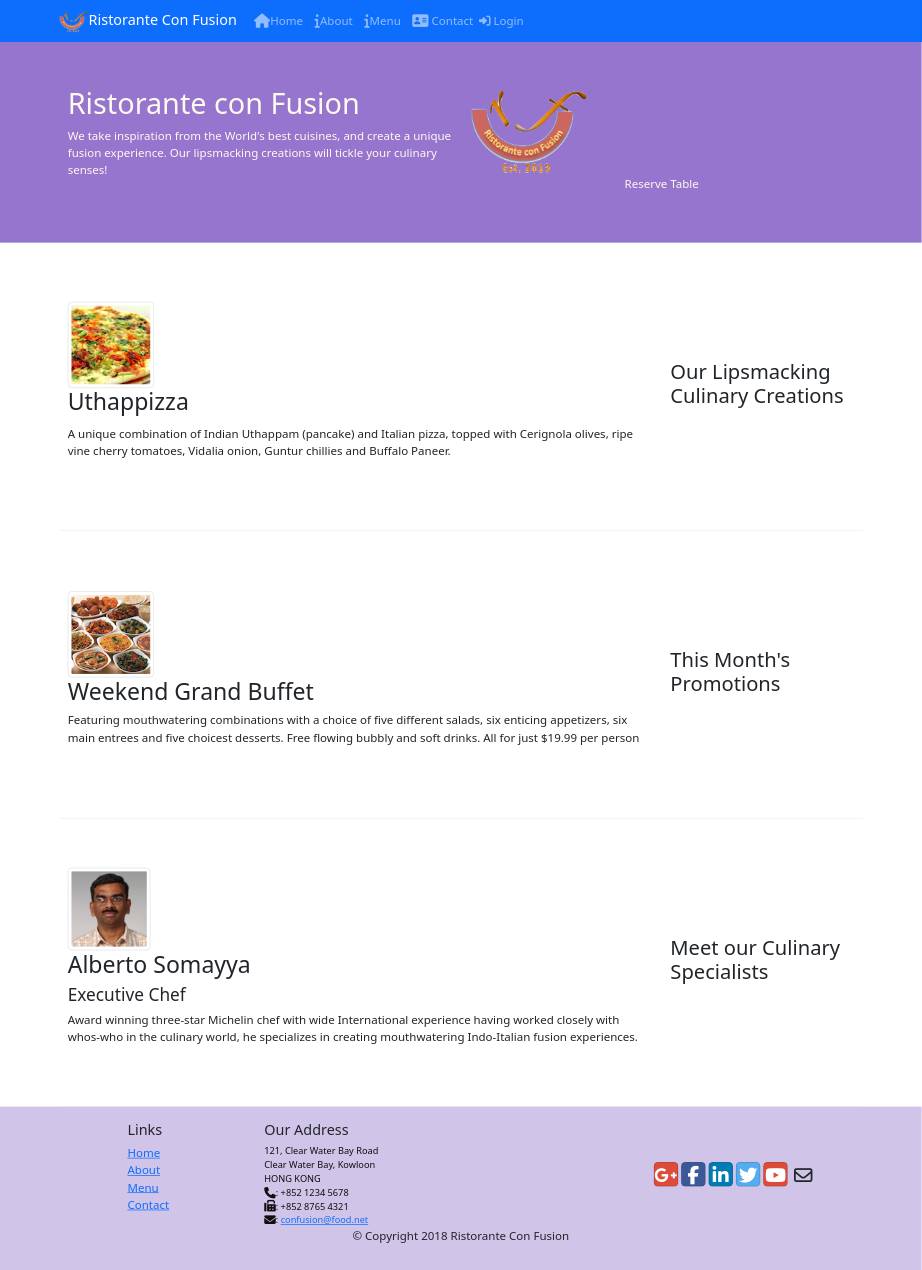
Repository: DungBuiTuan/FER201m
Page: index.html
These files come from the project's save history. The page is drawn as it stood at one moment and after the next save; the edit follows.
The browser window is 1280 px wide. The pictures show the whole page, at 72% of full size.
Some web libraries are served in a nearby version.

Above is the page before, as saved 2023-05-20 11:24:59.

### index.html
<!DOCTYPE html>
<html lang="en">
  <head>
    <meta charset="utf-8" />
    <meta
      name="viewport"
      content="width=device-width, initial-scale=1, shrink-to-fit=no"
    />
    <meta http-equiv="x-ua-compatible" content="ie=edge" />
    <!-- Bootstrap CSS -->
    <link
      rel="stylesheet"
      href="node_modules/bootstrap/dist/css/bootstrap.min.css"
    />
    <link rel="stylesheet" href="node_modules/font-awesome/css/font-awesome.min.css">
    <link rel="stylesheet" href="node_modules/bootstrap-social/bootstrap-social.css">
    <link href="css/styles.css" rel="stylesheet" />

    <title>Ristorante Con Fusion</title>
  </head>

  <body>
    <nav class="navbar navbar-dark navbar-expand-sm bg-primary fixed-top">
      <div class="container">
        <button
          class="navbar-toggler"
          type="button"
          data-toggle="collapse"
          data-target="#Navbar"
        >
          <span class="navbar-toggler-icon"></span>
        </button>

        <a class="navbar-brand mr-auto" href="#"><img src="img/img/logo.png" height="30" width="41">Ristorante Con Fusion</a>
        <div class="collapse navbar-collapse" id="Navbar">
            <ul class="navbar-nav mr-auto">
                <li class="nav-item active"><a class="nav-link" href="./index.html"><span class="fa fa-home fa-lg"></span>Home</a></li>
                <li class="nav-item">
                  <a class="nav-link" href="./aboutus.html"><span class="fa fa-info fa-lg"></span>About</a>
                </li>
                <li class="nav-item"><a class="nav-link" href="#"><span class="fa fa-info fa-lg"></span>Menu</a></li>
                <li class="nav-item"><a class="nav-link" href="contactus.html"><span class="fa fa-address-card fa-lg"></span> Contact</a></li>
              </ul>
              <span class="navbar-text">
                <a data-toggle="modal" data-target="#loginModal">
                <span class="fa fa-sign-in"></span> Login</a>
</span>

        </div>
      </div>
      <div id="loginModal" class="modal fade" role="dialog">
        <div class="modal-dialog modal-lg" role="content">
            <!-- Modal content-->
            <div class="modal-content">
                <div class="modal-header">
                    <h4 class="modal-title">Login </h4>
                    <button type="button" class="close" data-dismiss="modal">&times;</button>
                </div>
                <div class="modal-body">
                    <form>
                        <div class="form-row">
                            <div class="form-group col-sm-4">
                                    <label class="sr-only" for="exampleInputEmail3">Email address</label>
                                    <input type="email" class="form-control form-control-sm mr-1" id="exampleInputEmail3" placeholder="Enter email">
                            </div>
                            <div class="form-group col-sm-4">
                                <label class="sr-only" for="exampleInputPassword3">Password</label>
                                <input type="password" class="form-control form-control-sm mr-1" id="exampleInputPassword3" placeholder="Password">
                            </div>
                            <div class="col-sm-auto">
                                <div class="form-check">
                                    <input class="form-check-input" type="checkbox">
                                    <label class="form-check-label"> Remember me
                                    </label>
                                </div>
                            </div>
                        </div>
                        <div class="form-row">
                            <button type="button" class="btn btn-secondary btn-sm ml-auto" data-dismiss="modal">Cancel</button>
                            <button type="submit" class="btn btn-primary btn-sm ml-1">Sign in</button>
                        </div>
                    </form>
                </div>
            </div>
        </div>
</div>

    </nav>

    <header class="jumbotron">
      <div class="container">
        <div class="row row-header">
          <div class="col-12 col-sm-6">
            <h1>Ristorante con Fusion</h1>
            <p>
              We take inspiration from the World's best cuisines, and create a
              unique fusion experience. Our lipsmacking creations will tickle
              your culinary senses!
            </p>
          </div>
          <div class="col-12 col-sm align-self-center">
            <img src="img/img/logo.png" class="img-fluid">
            <a role="button" class="btn btn-block nav-link btn-warning"
                        data-toggle="tooltip" data-html="true"  title="Or Call us at  <br><strong>+852 12345678</strong>"
                        data-placement="bottom" href="#reserveform">Reserve Table</a>

        </div>
        </div>
      </div>
    </header>

    <div class="container">
      <div class="row row-content align-items-center">
        <div class="col col-sm col-md">
            <div class="media">
                <img class="d-flex mr-3 img-thumbnail align-self-center"
                        src="img/img/uthappizza.png" alt="Uthappizza">
                <div class="media-body">
                    <h2 class="mt-0"></span>Uthappizza<span class="badge badge-danger">HOT</span><span class="badge badge-pill badge-secondary">$4.99</span></h2>
                    <p class="d-none d-sm-block">A unique combination of Indian Uthappam (pancake) and
                        Italian pizza, topped with Cerignola olives, ripe vine
                        cherry tomatoes, Vidalia onion, Guntur chillies and
                        Buffalo Paneer.</p>
                </div>
            </div>

        </div>
        <div class="col-12 col-sm-4 col-md-3">
          <h3>Our Lipsmacking Culinary Creations</h3>
        </div>
      </div>

      <div class="row row-content align-items-center">
        <div class="col col-sm col-md">
          <div class="media">
            <img class="d-flex mr-3 img-thumbnail align-self-center"
                    src="img/img/buffet.png" alt="Alberto Somayya">
            <div class="media-body">
                <h2 class="mt-0">Weekend Grand Buffet</h2>
                <p class="d-none d-sm-block">Featuring mouthwatering combinations with a choice of five different
                    salads, six enticing appetizers, six main entrees and five choicest
                    desserts. Free flowing bubbly and soft drinks. All for just $19.99
                    per person
                    </p>
            </div>
        </div>
        </div>
        <div class="col-12 col-sm-4 col-md-3">
          <h3>This Month's Promotions</h3>
        </div>
      </div>

      <div class="row row-content align-items-center">
        <div class="col col-sm col-md">
            <div class="media">
                <img class="d-flex mr-3 img-thumbnail align-self-center"
                        src="img/img/alberto.png" alt="Alberto Somayya">
                <div class="media-body">
                    <h2 class="mt-0">Alberto Somayya</h2>
                    <h4>Executive Chef</h4>
                    <p class="d-none d-sm-block">Award winning three-star Michelin chef with wide
                        International experience having worked closely with
                        whos-who in the culinary world, he specializes in
                        creating mouthwatering Indo-Italian fusion experiences.
                        </p>
                </div>
            </div>

        </div>
        <div class="col-12 col-sm-4 col-md-3">
          <h3>Meet our Culinary Specialists</h3>
        </div>
      </div>
    </div>

    <footer class="footer">
      <div class="container">
        <div class="row">
          <div class="col-4 offset-1 col-sm-2">
            <h5>Links</h5>
            <ul class="list-unstyled">
              <li><a href="#">Home</a></li>
              <li><a href="#">About</a></li>
              <li><a href="#">Menu</a></li>
              <li><a href="#">Contact</a></li>
            </ul>
          </div>
          <div class="col-7 col-sm-5">
            <h5>Our Address</h5>
            <address>
              121, Clear Water Bay Road<br />
              Clear Water Bay, Kowloon<br />
              HONG KONG<br />
              <i class="fa fa-phone fa-lg"></i>: +852 1234 5678<br />
              <i class="fa fa-fax fa-lg"></i>: +852 8765 4321<br />
              <i class="fa fa-envelope fa-lg"></i>:
              <a href="mailto:confusion@food.net">confusion@food.net</a>
            </address>
          </div>
          <div class="col-12 col-sm-4 align-self-center">
            <div class="text-center">
              <a
                class="btn btn-social-icon btn-google"
                href="http://google.com/+"
                ><i class="fa fa-google-plus"></i
              ></a>
              <a
                class="btn btn-social-icon btn-facebook"
                href="http://www.facebook.com/profile.php?id="
                ><i class="fa fa-facebook"></i
              ></a>
              <a
                class="btn btn-social-icon btn-linkedin"
                href="http://www.linkedin.com/in/"
                ><i class="fa fa-linkedin"></i
              ></a>
              <a
                class="btn btn-social-icon btn-twitter"
                href="http://twitter.com/"
                ><i class="fa fa-twitter"></i
              ></a>
              <a
                class="btn btn-social-icon btn-google"
                href="http://youtube.com/"
                ><i class="fa fa-youtube"></i
              ></a>
              <a class="btn btn-social-icon" href="mailto:"
                ><i class="fa fa-envelope-o"></i
              ></a>
            </div>
          </div>
        </div>
        <div class="row justify-content-center">
          <div class="col-auto">
            <p>© Copyright 2018 Ristorante Con Fusion</p>
          </div>
        </div>
      </div>
    </footer>
    <!-- jQuery first, then Popper.js, then Bootstrap JS. -->
    <script src="node_modules/jquery/dist/jquery.slim.min.js"></script>
    <script src="node_modules/popper.js/dist/umd/popper.min.js"></script>
    <script src="node_modules/bootstrap/dist/js/bootstrap.min.js"></script>
    <script>
      $(document).ready(function(){
          $('[data-toggle="tooltip"]').tooltip();
      });
</script>

  </body>
</html>

### css/styles.css
body{
    padding:50px 0px 0px 0px;
    z-index:0;
}

.navbar-dark {
     background-color: #512DA8;
}

.row-header{
    margin:0px auto;
    padding:0px;
}

.row-content {
    margin:0px auto;
    padding: 50px 0px 50px 0px;
    border-bottom: 1px ridge;
    min-height:400px;
}

.footer{
    background-color: #D1C4E9;
    margin:0px auto;
    padding: 20px 0px 20px 0px;
}

.jumbotron {
    padding:70px 30px 70px 30px;
    margin:0px auto;
    background: #9575CD ;
    color:floralwhite;
}

address{
    font-size:80%;
    margin:0px;
    color:#0f0f0f;
}

.tab-content {
    border-left: 1px solid #ddd;
    border-right: 1px solid #ddd;
    border-bottom: 1px solid #ddd;
    padding: 10px;
}

Loaded but not shown: LAB1/bootstrap-social.css (library)

After the next save:
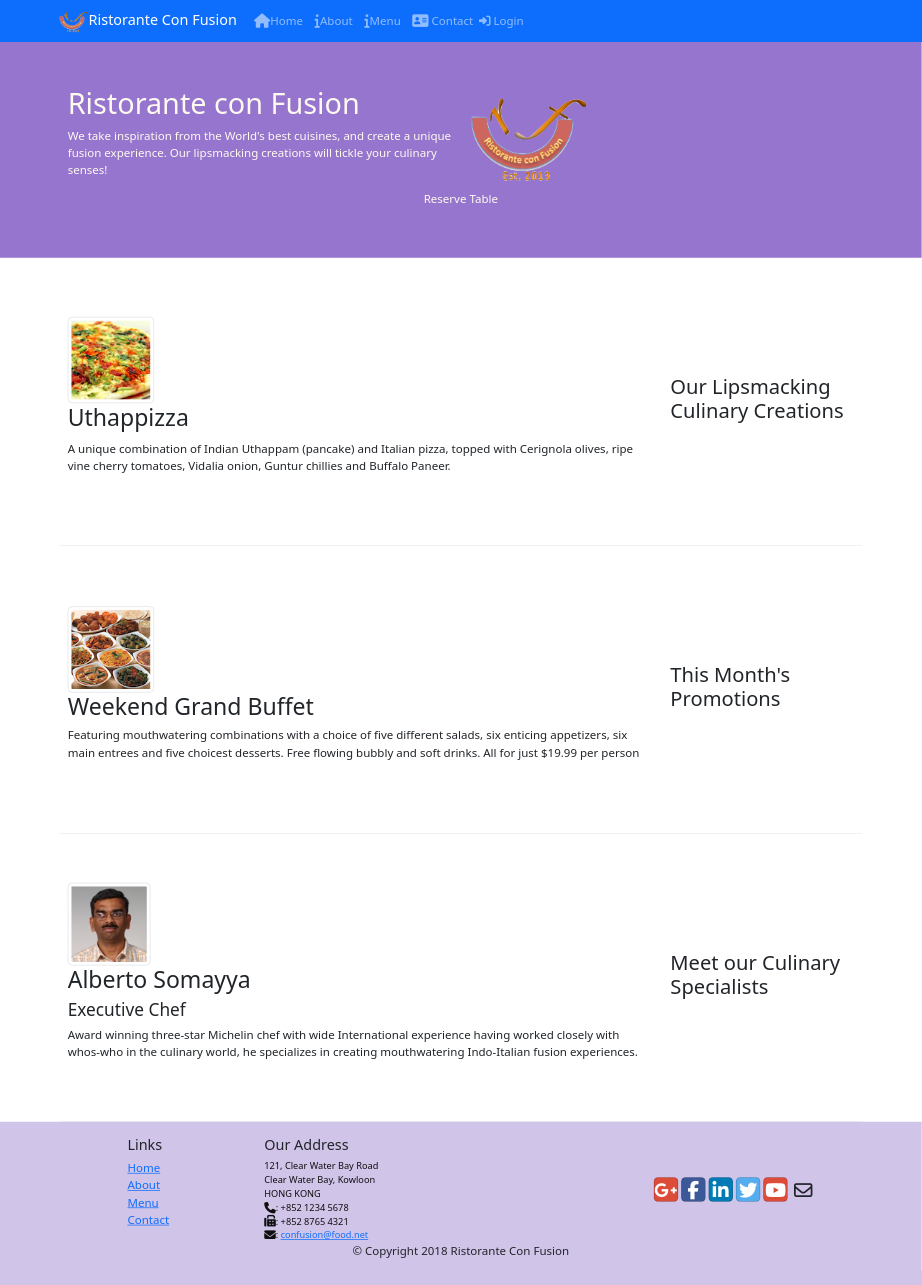
Saved 3 min 29 s later.
--- a/index.html
+++ b/index.html
@@ -100,12 +100,11 @@
           </div>
           <div class="col-12 col-sm align-self-center">
             <img src="img/img/logo.png" class="img-fluid">
-            <a role="button" class="btn btn-block nav-link btn-warning"
+        </div>
+        </div>
+        <a role="button" class="btn btn-block nav-link btn-warning"
                         data-toggle="tooltip" data-html="true"  title="Or Call us at  <br><strong>+852 12345678</strong>"
                         data-placement="bottom" href="#reserveform">Reserve Table</a>
-
-        </div>
-        </div>
       </div>
     </header>
 

After the 2 saves that followed:
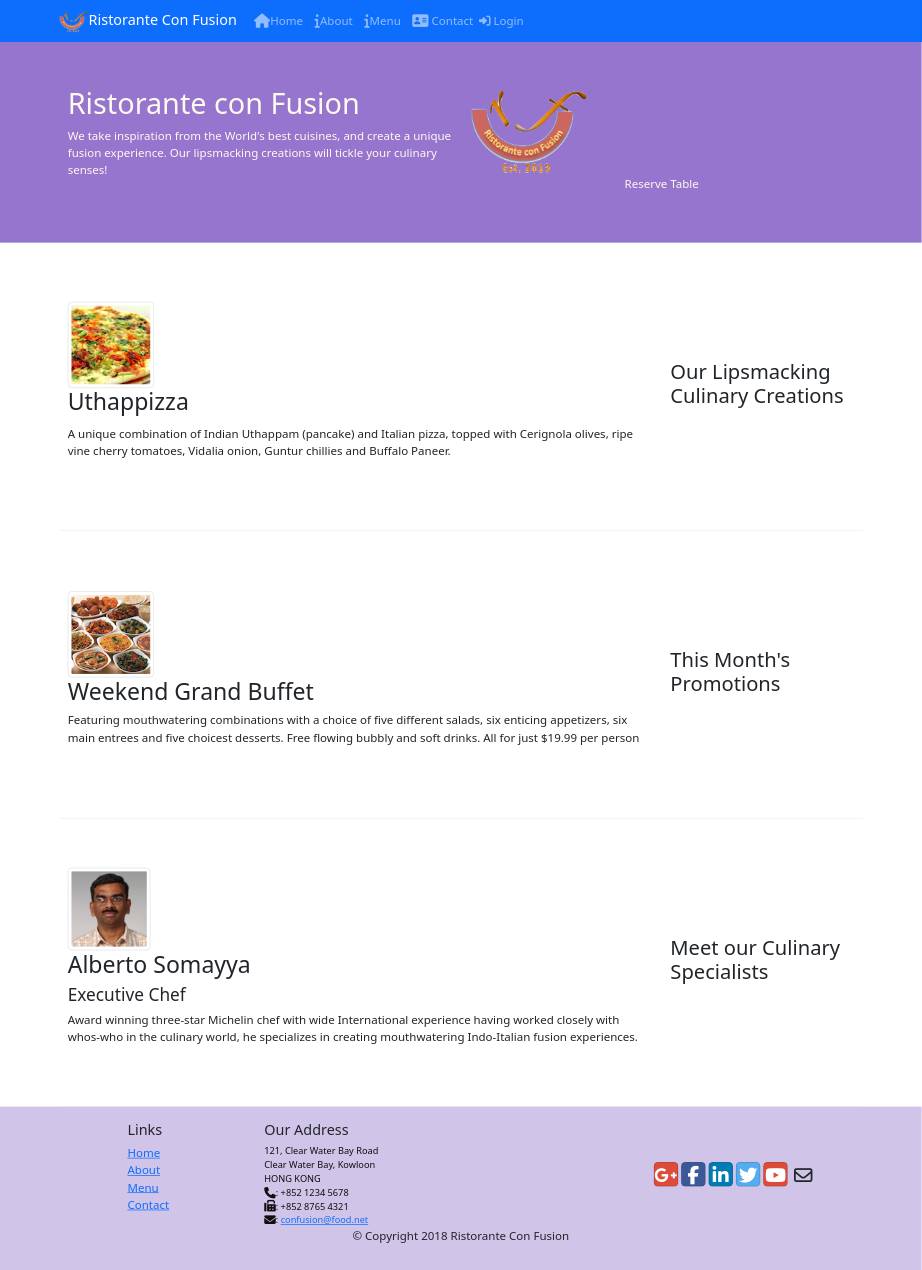
The 2 saves are shown as one change because 1 left the picture as it was.
The last was saved 59 s later.
--- a/index.html
+++ b/index.html
@@ -98,13 +98,13 @@
               your culinary senses!
             </p>
           </div>
-          <div class="col-12 col-sm align-self-center">
+          <div class="col-12 col-sm-6 align-self-center">
             <img src="img/img/logo.png" class="img-fluid">
-        </div>
-        </div>
-        <a role="button" class="btn btn-block nav-link btn-warning"
-                        data-toggle="tooltip" data-html="true"  title="Or Call us at  <br><strong>+852 12345678</strong>"
-                        data-placement="bottom" href="#reserveform">Reserve Table</a>
+            <a role="button" class="btn btn-block nav-link btn-warning"
+            data-toggle="tooltip" data-html="true"  title="Or Call us at  <br><strong>+852 12345678</strong>"
+            data-placement="bottom" href="#reserveform">Reserve Table</a>
+        </div>
+        </div>
       </div>
     </header>
 
